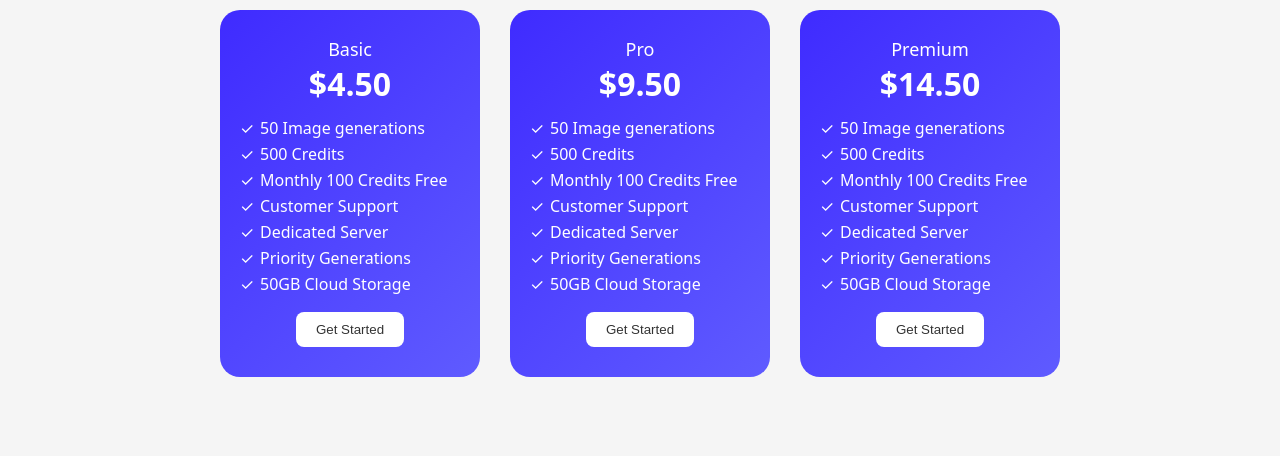
Repository: doanhieu0707/Homework-Day-5
Page: pricing-table.html
An editor plug-in stored every save of this project. The page is shown before and after the next save, followed by the edit.
The browser window is 1280 px wide. The pictures show the whole page.

Above is the page before, as saved 2026-04-02 15:00:40.

After the next save:
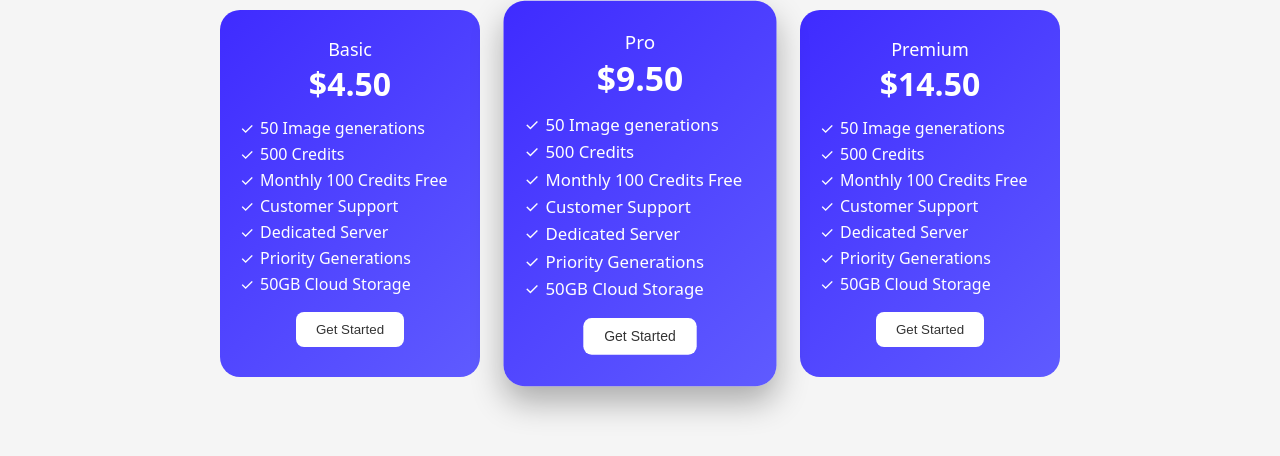
Saved 93 s later.
--- a/css/style.css
+++ b/css/style.css
@@ -184,6 +184,10 @@ body {
     box-shadow: 0 15px 30px rgba(0,0,0,0.2);
 }
 
+.pricing-item:nth-child(2) {
+    transform: scale(1.05);
+    box-shadow: 0 15px 30px rgba(0,0,0,0.3);
+}
 
 .pricing-title {
     font-size: 18px;
